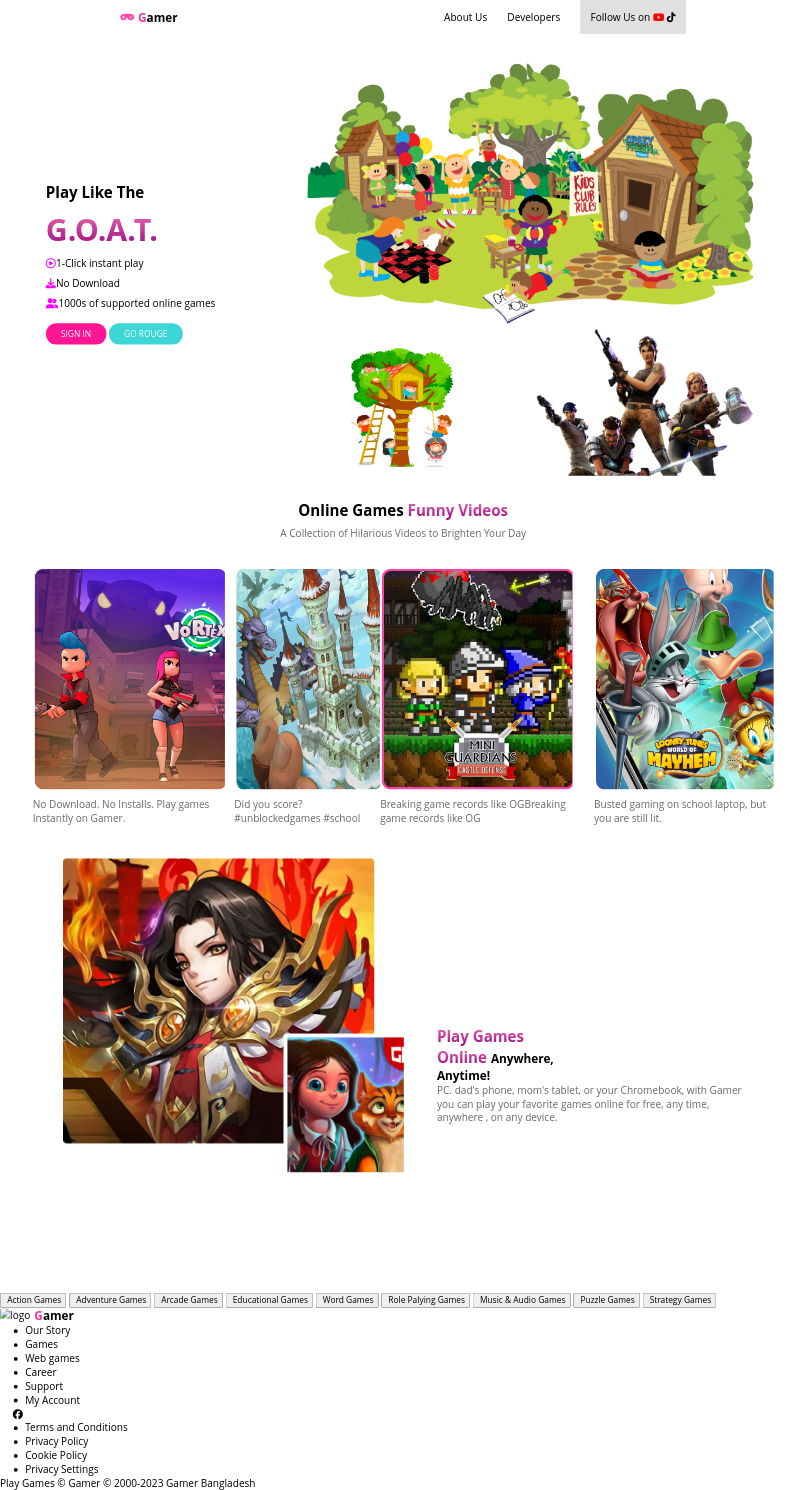
Repository: sadiaafsana138/Gamer-Zone
Page: index.html
The author's editor kept a copy of each file at every save. The page is drawn from the files as they stood at one save, then again after the next save.
The browser window is 1280 px wide. The pictures show the whole page, at 63% of full size.
Some web libraries are served in a nearby version.

Above is the page before, as saved 2023-09-06 19:31:21.

After the next save:
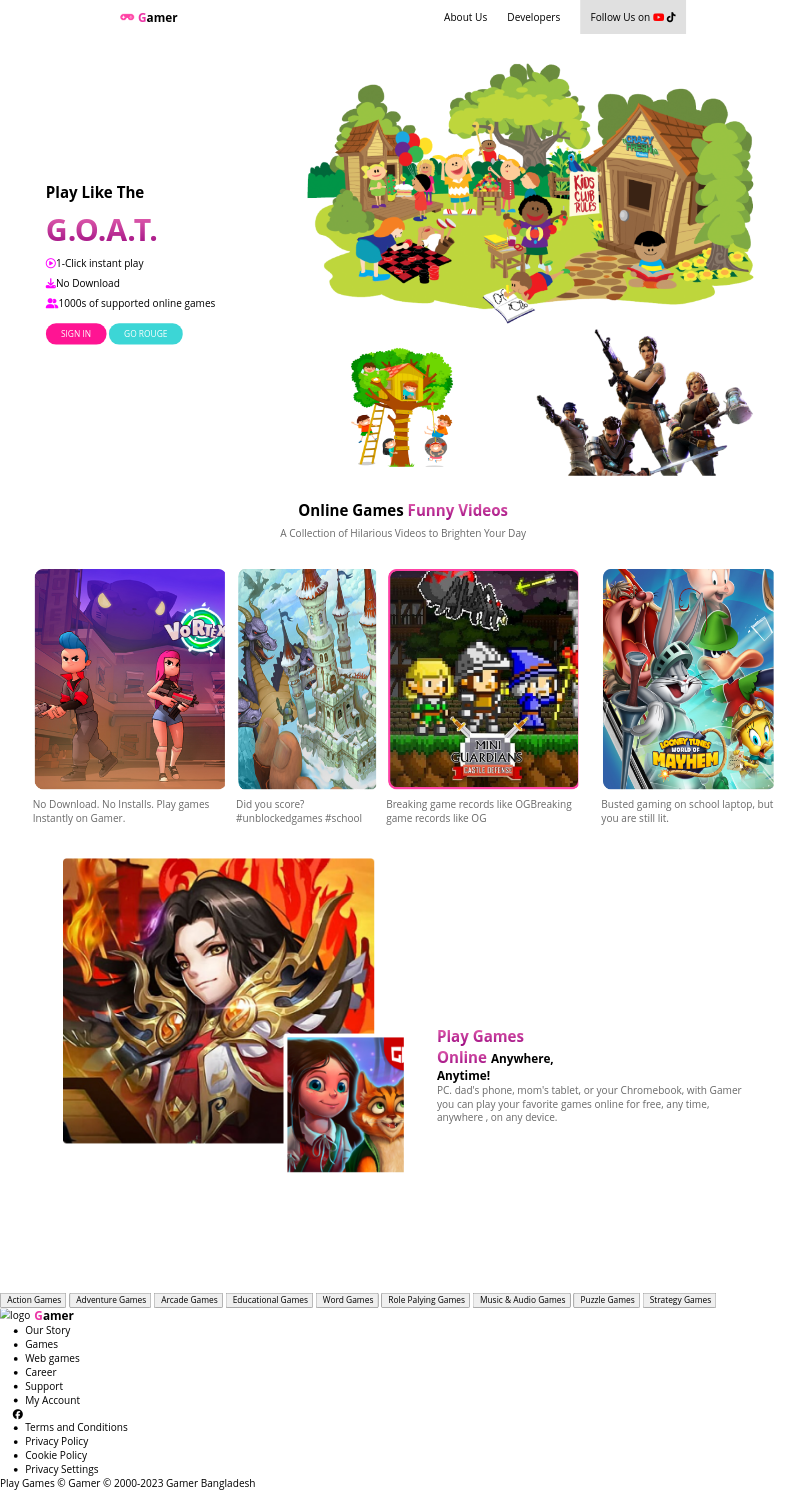
Saved 41 s later.
--- a/styles.css
+++ b/styles.css
@@ -72,6 +72,7 @@
     display: flex;
     justify-content: space-evenly;
     padding: 20px ;
+    column-gap: 1rem;
 
 }
 .sec3imagediv{
